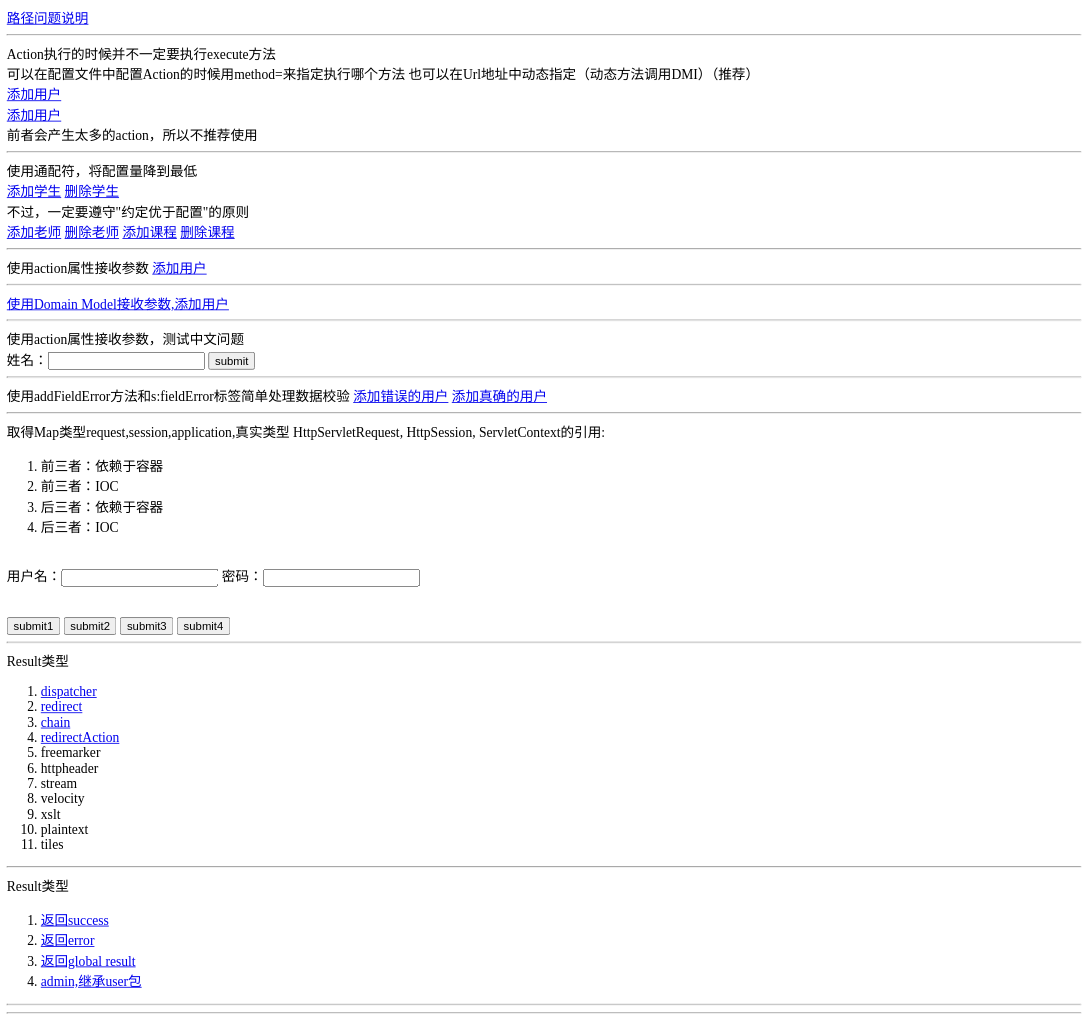
Repository: chellong/StrutsBasic
Page: http://localhost/Struts2.3Sx_1/
These files come from the project's save history. The page is drawn as it stood at one moment and after the next save; the edit follows.
The browser window is 1280 px wide. The pictures show the whole page, at 85% of full size.
The page is served by Tomcat 9. Nobody is signed in. The application's start-up code is not run. Other server files are loaded and not shown.

Above is the page before, as saved 2016-01-23 16:22:13.

### Struts2.3Sx_1/WebContent/index.jsp
<?xml version="1.0" encoding="utf-8" ?>
<%@ page language="java" contentType="text/html; charset=utf-8"
	pageEncoding="utf-8"%>

<%
	String path = request.getContextPath();
	String basePath = request.getScheme() + "://" + request.getServerName() + ":" + request.getServerPort()
			+ path + "/";
%>

<!DOCTYPE html PUBLIC "-//W3C//DTD XHTML 1.0 Transitional//EN" "http://www.w3.org/TR/xhtml1/DTD/xhtml1-transitional.dtd">

<html xmlns="http://www.w3.org/1999/xhtml">
<head>
<base href="<%=basePath%>" />
<meta http-equiv="Content-Type" content="text/html; charset=GB18030" />
<title>Insert title here</title>
</head>
<body>
	<a href="path/path.action">路径问题说明</a>
	<hr style="border: 1 dashed #987cb9" />
	Action执行的时候并不一定要执行execute方法
	<br /> 可以在配置文件中配置Action的时候用method=来指定执行哪个方法
	也可以在Url地址中动态指定（动态方法调用DMI）（推荐）
	<br />
	<a href="/user/userAdd">添加用户</a>
	<br />
	<a href="/user/user!add">添加用户</a>
	<br /> 前者会产生太多的action，所以不推荐使用

	<hr style="border: 1 dashed #987cb9" />

	使用通配符，将配置量降到最低
	<br />
	<a href="/actions/Studentadd">添加学生</a>
	<a href="/actions/Studentdelete">删除学生</a>
	<br /> 不过，一定要遵守"约定优于配置"的原则
	<br />
	<a href="/actions/Teacher_add">添加老师</a>
	<a href="/actions/Teacher_delete">删除老师</a>
	<a href="/actions/Course_add">添加课程</a>
	<a href="/actions/Course_delete">删除课程</a>

	<hr style="border: 1 dashed #987cb9" />
	使用action属性接收参数
	<a href="user/user_007?name=a&age=8">添加用户</a>

	<hr style="border: 1 dashed #987cb9" />
	<a href="user/user_008?user.name=a&user.age=8">使用Domain
		Model接收参数,添加用户</a>

	<!--中文问题 -->
	<hr style="border: 1 dashed #987cb9" />
	使用action属性接收参数，测试中文问题
	<form action="user/user_008" method="post">
		姓名：<input type="text" name="name"></input> <input type="submit"
			value="submit" />
	</form>
	<!--数据验证 -->
	<hr style="border: 1 dashed #987cb9" />
	使用addFieldError方法和s:fieldError标签简单处理数据校验
	<a href="user/user_009?name=a">添加错误的用户</a>
	<a href="user/user_009?name=admin">添加真确的用户</a>

	<hr style="border: 1 dashed #987cb9" />
	取得Map类型request,session,application,真实类型 HttpServletRequest,
	HttpSession, ServletContext的引用:
	<ol>
		<li>前三者：依赖于容器</li>
		<!--(只用这种) -->
		<li>前三者：IOC</li>
		<li>后三者：依赖于容器</li>
		<li>后三者：IOC</li>
	</ol>
	<br />
	<form name="f" action="" method="post">
		用户名：<input type="text" name="name" /> 密码：<input type="text"
			name="password" /> <br />
		<br/>
		<br/>
		<input type="button" value="submit1"
			onclick="javascript:document.f.action='login/login1';document.f.submit();" />
		<input type="button" value="submit2"
			onclick="javascript:document.f.action='login/login2';document.f.submit();" />
		<input type="button" value="submit3"
			onclick="javascript:document.f.action='login/login3';document.f.submit();" />
		<input type="button" value="submit4"
			onclick="javascript:document.f.action='login/login4';document.f.submit();" />
	</form>

	<hr style="border: 1 dashed #987cb9" />
	Result类型
	<ol>
	<li><a href="r/r1">dispatcher</a></li>
	<li><a href="r/r2">redirect</a></li>
	<li><a href="r/r3">chain</a></li>
	<li><a href="r/r4">redirectAction</a></li>
	<li>freemarker</li>
	<li>httpheader</li>
	<li>stream</li>
	<li>velocity</li>
	<li>xslt</li>
	<li>plaintext</li>
	<li>tiles</li>
	</ol>

	<hr style="border: 1 dashed #987cb9" />


	Result类型
	<ol>
		<li><a href="user/user_0016?type=1">返回success</a></li>
		<li><a href="user/user_0016?type=2">返回error</a></li>
		<li><a href="user/user_0016?type=3">返回global result</a></li>
		<li><a href="admin/admin">admin,继承user包</a></li>
	</ol>

	<hr style="border: 1 dashed #987cb9" />

	<hr style="border: 1 dashed #987cb9" />
</body>
</html>

After the next save:
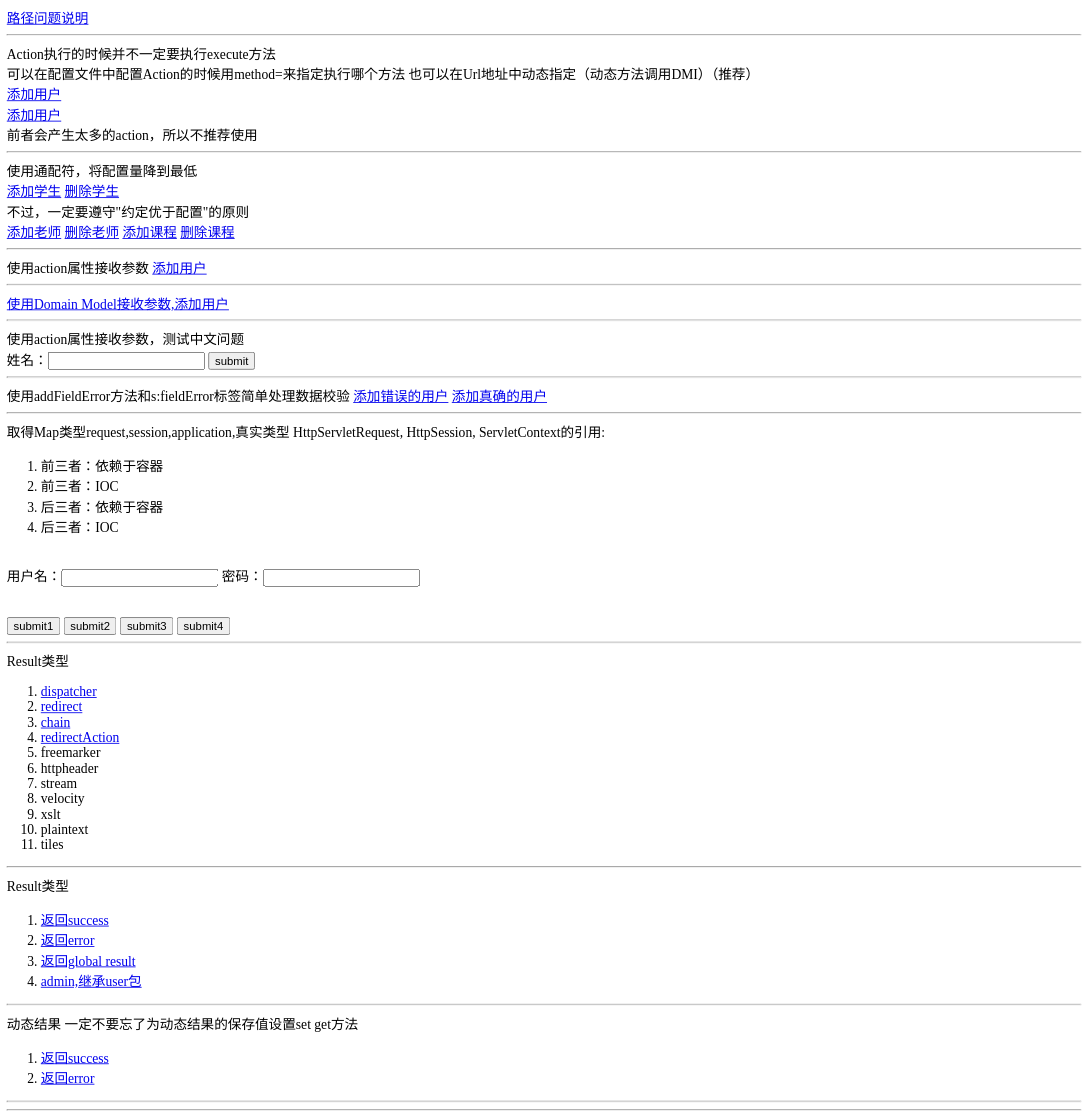
Saved 3 min 56 s later.
--- a/Struts2.3Sx_1/WebContent/index.jsp
+++ b/Struts2.3Sx_1/WebContent/index.jsp
@@ -117,6 +117,14 @@
 
 	<hr style="border: 1 dashed #987cb9" />
 
+	动态结果
+	一定不要忘了为动态结果的保存值设置set get方法
+	<ol>
+	<li><a href="user/user?type=1">返回success</a></li>
+	<li><a href="user/user?type=2">返回error</a></li>
+	</ol>
+	<hr style="border: 1 dashed #987cb9" />
+
 	<hr style="border: 1 dashed #987cb9" />
 </body>
 </html>
